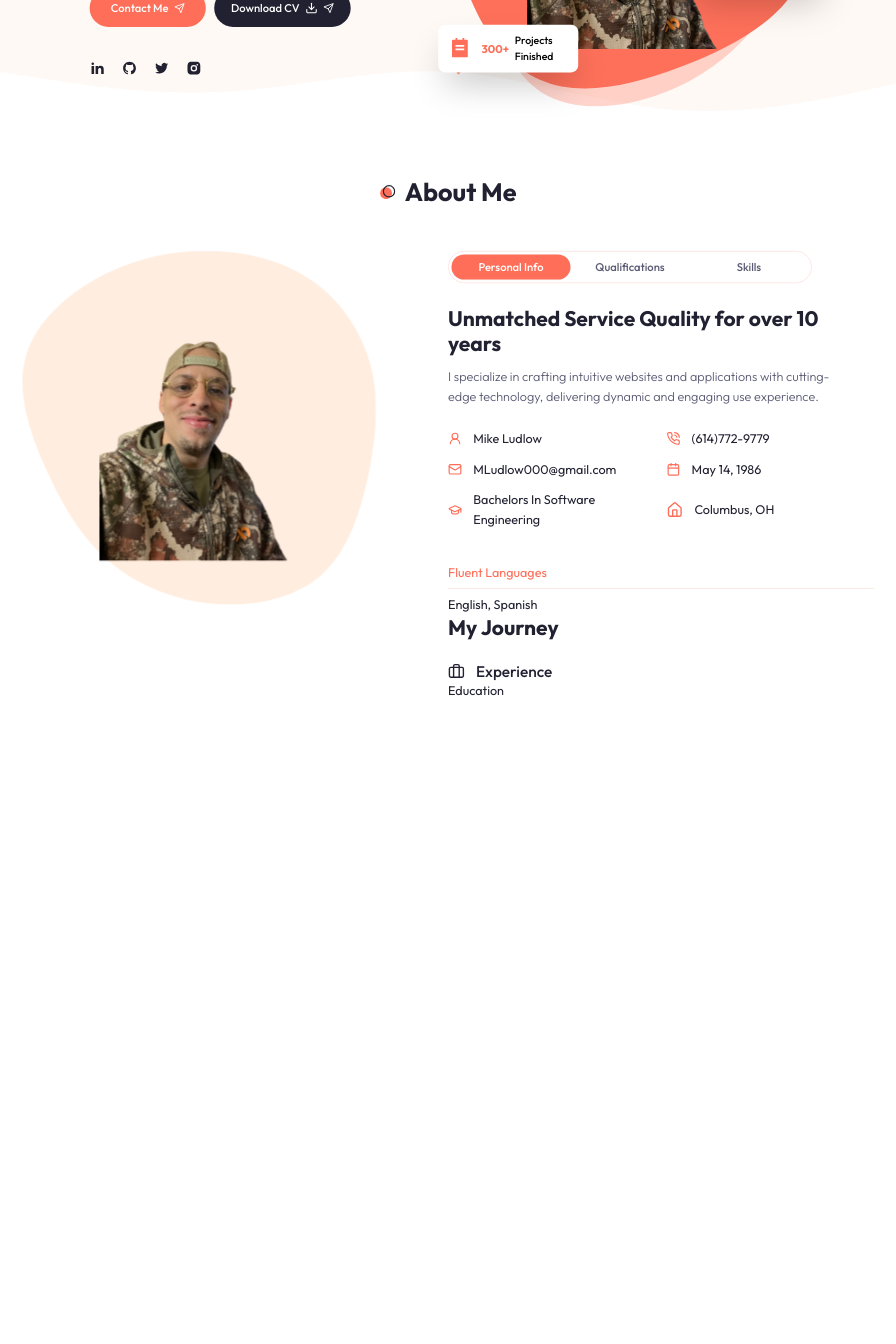
Repository: MikeeBuilds/mike-port
Page: /
These files come from the project's save history. The page is drawn as it stood at one moment and after a run of saves; the edit follows.
The browser window is 1280 px wide. The pictures show the part of the page from y = 548 to 2468 px (the page is 5591 px tall), at 70% of full size.
The project was rebuilt for these pictures with package versions that can differ from the ones it lists, and the page was loaded fresh each time. The framework's server and built-in components were replaced by stand-ins that run in the browser. Also part of the build but not shown: next.config.js.

Above is the page before, as saved 2023-11-30 22:12:04.

### app/layout.jsx
import { Outfit } from 'next/font/google'
import './globals.css'
import Header from '@/components/Header'
import Footer from '@/components/Footer'
import { ThemeProvider } from '@/components/ThemeProvider'

const outfit = Outfit({ subsets: ['latin'] })

export const metadata = {
  title: 'Mike Ludlow | Dev',
  description: 'Generated by create next app',
}

export default function RootLayout({ children }) {
  return (
    <html lang="en" suppressHydrationWarning>
      <body className={outfit.className}
      >
        <ThemeProvider attribute="class" defaultTheme="light">
          <Header />
            {children}
          <Footer />
        </ThemeProvider>
      </body>
    </html>
  )
}

### app/page.jsx
import About from '@/components/About'
import Hero from '@/components/Hero'
import { main } from 'json'
import Image from 'next/image'

export default function Home() {
  return (
    <main>
      <Hero/>
      <About/>
    </main>
  )
}

### app/globals.css
@tailwind base;
@tailwind components;
@tailwind utilities;

@layer base {
  @layer base {
    :root {
      --background: 0 0% 100%;
      --foreground: 240 19% 16%;
      --card: 0 0% 100%;
      --card-foreground: 240 19% 16%;
      --popover: 0 0% 100%;
      --popover-foreground: 20 14.3% 4.1%;
      --primary: 8 99% 67%;
      --primary-foreground: 300 0% 100%;
      --secondary: 240 19% 16%;
      --secondary-foreground: 300 0% 100%;
      --tertiary: 27 82% 98%;
      --muted: 60 4.8% 95.9%;
      --muted-foreground: 237 13% 40%;
      --accent: 237 9% 96%;
      --accent-foreground: 24 9.8% 10%;
      --destructive: 0 84.2% 60.2%;
      --destructive-foreground: 60 9.1% 97.8%;
      --border: 8 82% 92%;
      --input: 8 82% 92%;
      --ring: 9 99% 67%;
      --radius: 1rem;
    }

    .dark {
      --background: 237 22% 20%;
      --foreground: 60 9.1% 97.8%;
      --card: 240 19% 16%;
      --card-foreground: 300 0% 100%;
      --popover: 20 14.3% 4.1%;
      --popover-foreground: 60 9.1% 97.8%;
      --primary: 8 99% 67%;
      --primary-foreground: 300 0% 100%;
      --secondary: 240 19% 16%;
      --secondary-foreground: 300 0% 100%;
      --tertiary: 237 22% 20%;
      --muted: 12 6.5% 15.1%;
      --muted-foreground: 237 13% 63%;
      --accent: 240 19% 16%;
      --accent-foreground: 300 0% 100%;
      --destructive: 0 72.2% 50.6%;
      --destructive-foreground: 60 9.1% 97.8%;
      --border: 237 22% 23%;
      --input: 237 22% 23%;
      --ring: 8 99% 67%;
    }
  }
}

@layer base {
  * {
    @apply border-border;
  }
  body {
    @apply bg-background text-foreground;
  }
}

.h1 {
  @apply text-6xl xl:text-[72px] xl:leading-[80px] tracking-[-2px] font-bold;
}

.h2 {
  @apply text-4xl font-bold;
}

.h3 {
  @apply text-3xl font-bold;
}

.h4 {
  @apply text-[22px] font-semibold;
}

.subtitle {
  @apply text-muted-foreground text-lg mb-8 font-light;

}
.section-title {
  @apply text-4xl font-bold relative w-max flex items-center justify-between gap-x-3
  before:bg-dots_light before:dark:bg-dots_dark before:bg-no-repeat before:bg-center
  before:w-[24px] before:h-[24px];
}

.badge {
  @apply z-10 w-[200px] h-[68px] bg-white dark:backdrop-blur-[44px] shadow-2xl p-4 rounded-[10px] flex items-center gap-x-4;
}

### components/Header.jsx
"use client";
import React, { useState, useEffect } from "react";

// components
import Logo from "./Logo";
import ThemeToggler from "./ThemeToggler";
import Nav from "./Nav";
import MobileNav from "./MobileNav";
import { usePathname } from "next/navigation";

const Header = () => {
  const [header, setHeader] = useState(false);
  const pathname = usePathname();

  useEffect(() => {
    const scrollYpos = window.addEventListener("scroll", () => {
      window.scrollY > 50 ? setHeader(true) : setHeader(false);
    });

    // remove event
    return () => window.removeEventListener("scroll", scrollYpos);
  });

  return (
    <header
      className={`${
        header
          ? "py-4 bg-white shadow-lg dark:bg-accent"
          : "py-6 dark:bg-transparent"
      } sticky top-0 z-30 transition-all ${pathname === '/' && 'bg-white'}`}
    >
      <div className="container mx-auto">
        <div className="flex justify-between items-center">
          <Logo />
          <div className="flex items-center gap-x-6">
            {/* nav */}
            <Nav
              containerStyles="hidden xl:flex gap-x-8 items-center"
              linkStyles="relative hover:text-primary transition-all"
              underlineStyles="absolute left-0 top-full h-[2px] bg-primary w-full"
            />
            <ThemeToggler />
            {/* mobile nav */}
            <div className="lg:hidden">
              <MobileNav />
            </div>
          </div>
        </div>
      </div>
    </header>
  );
};

export default Header;

### components/Footer.jsx

const Footer = () => {
  return (
    <footer>Footer</footer>
  )
}

export default Footer

### components/ThemeProvider.jsx
"use client"


import {
    ThemeProvider as NextThemesProvider
} from "next-themes";



export function ThemeProvider({ children, ...props}) {
    return <NextThemesProvider {...props}>{children}</NextThemesProvider>
}

### components/About.jsx
import DevImg from "./DevImg";
import image from "next/image";
import { Tabs, TabsContent, TabsList, TabsTrigger } from "@/components/ui/tabs";

import {
  User2,
  MailIcon,
  HomeIcon,
  PhoneCall,
  GraduationCap,
  Calendar,
  Briefcase,
} from "lucide-react";

const infoData = [
  {
    icon: <User2 size={20} />,
    text: "Mike Ludlow",
  },
  {
    icon: <PhoneCall size={20} />,
    text: "(614)772-9779",
  },
  {
    icon: <MailIcon size={20} />,
    text: "MLudlow000@gmail.com",
  },
  {
    icon: <Calendar size={20} />,
    text: "May 14, 1986",
  },
  {
    icon: <GraduationCap size={20} />,
    text: "Bachelors In Software Engineering",
  },
  {
    icon: <HomeIcon sizes={20} />,
    text: "Columbus, OH",
  },
];

const qualificationData = [
  {
    title: "Education",
    data: [
      {
        university: "Columbus State Community College",
        qualification: "Bachelor Of Science",
        years: "2019-2024",
      },
      {
        university: "Learn Web3",
        qualification: "Ethereum Developer Degree",
        years: "2022-2023",
      },
      {
        university: "Alchemy University",
        qualification: "Learn Javascript",
        years: "2023",
      },
    ],
  },
  {
    title: "Experience",
    data: [
      {
        company: "Takify AI Startup",
        qualification: "Software Developer",
        years: "2022-present",
      },
      // {
      //   company: 'Takify AI Startup',
      //   qualification: 'Software Developer',
      //   years: '2022-present'
      // },
      // {
      //   company: 'Takify AI Startup',
      //   qualification: 'Software Developer',
      //   years: '2022-present'
      // },
    ],
  },
];

const skillData = [
  {
    title: "skills",
    data: [
      {
        name: "HTML, CSS",
      },
      {
        name: "Front-end Development",
      },
      {
        name: "Javascript, PHP",
      },
      {
        name: "Back-end Development",
      },
    ],
  },
  {
    title: "tools",
    data: [
      {
        imgPath: "/about/vscode.svg",
      },
      {
        imgPath: "/about/figma.svg",
      },
      {
        imgPath: "/about/notion.svg",
      },
      {
        imgPath: "/about/wordpress.svg",
      },
    ],
  },
];

const About = () => {
  const getData = (arr, title) => {
    return arr.find((item) => item.title === title);
  };

  return (
    <section className="xl:h-[860px] pb-12 xl:py-24">
      <div className="container mx-auto">
        <h2 className="section-title mb-8 xl:mb-16 text-center mx-auto">
          About Me
        </h2>
        <div className="flex flex-col xl:flex-row">
          {/* iamge */}
          <div className="hidden xl:flex flex-1 relative">
            <DevImg
              containerStyles="bg-about_shape_light dark:bg-about_shape_dark w-[505px] h-[505px] bg-no-repeat relative"
              imgSrc="/about/developer.png"
            />
          </div>
          {/* tabs */}
          <div className="flex-1">
            <Tabs defaultValue="personal">
              <TabsList className="w-full grid xl:grid-cols-3 xl:max-w-[520px] xl:border dark:border-none">
                <TabsTrigger className="w-[162px] xl:w-auto" value="personal">
                  Personal Info
                </TabsTrigger>
                <TabsTrigger
                  className="w-[162px] xl:w-auto"
                  value="qualifications"
                >
                  Qualifications
                </TabsTrigger>
                <TabsTrigger className="w-[162px] xl:w-auto" value="skills">
                  Skills
                </TabsTrigger>
              </TabsList>
              {/* tabs content */}
              <div className="text-lg mt:12 xl:mt-8">
                {/* personal */}
                <TabsContent value="personal">
                  <div className="text-center xl:text-left">
                    <h3 className="h3 mb-4">
                      Unmatched Service Quality for over 10 years
                    </h3>
                    <p className="subtitle max-w-xl mx-auto xl:mx-0">
                      I specialize in crafting intuitive websites and
                      applications with cutting-edge technology, delivering
                      dynamic and engaging use experience.
                    </p>
                    {/* icons */}
                    <div className="grid xl:grid-cols-2 gap-4 mb-12">
                      {infoData.map((item, index) => {
                        return (
                          <div
                            className="flex items-center gap-x-4 mx-auto xl:mx-0"
                            key={index}
                          >
                            <div className="text-primary">{item.icon}</div>
                            <div>{item.text}</div>
                          </div>
                        );
                      })}
                    </div>
                    {/* Languages */}
                    <div className="flex flex-col gap-y-2">
                      <div className="text-primary">
                        Fluent Languages
                      </div>
                      <div className="border-b border-border"></div>
                      <div>English, Spanish</div>
                    </div>
                  </div>
                </TabsContent>
                {/* qualifications */}
                <div className="">
                  <h3 className="h3 mb-8 text-center xl:text-left">My Journey</h3>
                  {/* experience & education wrapper */}
                  <div>
                    {/* experience */}
                    <div>
                      <div className="flex gap-x-4 items-center text-[22px] ">
                        <Briefcase/>
                        <div className="capitalize font-medium">
                          {getData(qualificationData, 'Experience').title}
                        </div>
                      </div>
                    </div>
                    {/* education */}
                    <div>Education</div>
                  </div>
                </div>
                <TabsContent value="qualifications">
                  qualifications info
                </TabsContent>
                <TabsContent value="skills">skills info</TabsContent>
              </div>
            </Tabs>
          </div>
        </div>
      </div>
    </section>
  );
};

export default About;

### components/Hero.jsx
import Link from "next/link";
import { Download, Send } from "lucide-react";
import { Button } from "./ui/button";

import {
  RiBriefcase4Fill,
  RiTeamFill,
  RiTodoFill,
  RiArrowDownSLine,
} from "react-icons/ri";

//components
import DevImg from "./DevImg";
import Badge from "./Badge";
import Socials from "./Socials";

const Hero = () => {
  return (
    <section className="py-12 xl:py-24 h-[84vh] xl:pt-28 bg-hero bg-no-repeat bg-bottom bg-cover dark:bg-none">
      <div className="flex justify-between gap-x-8">
        {/* text */}
        <div className="flex max-w-[600px] flex-col justify-center mx-auto xl:mx-32 text-center xl:text-left">
          <div className="text-sm uppercase font-semibold mb-4 text-primary tracking-[4px]">
            Software Developer
          </div>
          <h1 className="h1 mb-4">Hello, Im Mike Ludlow</h1>
          <p className="subtitle max-w-[490px] mx-auto xl:mx-0">
            Brief description with insights into myself, my vocational journey,
            and what I engage in profressionally
          </p>
          {/* buttons */}
          <div
            className="flex flex-col gap-y-3 md:flex-row gap-x-3 mx-auto
          xl:mx-0 mb-12"
          >
            <Link href="/contact">
              <Button className="gap-x-2">
                Contact Me <Send size={15} />
              </Button>
            </Link>
            <Button variant="secondary" className="gap-x-2">
              Download CV <Download size={18} /> <Send size={15} />
            </Button>
          </div>
          {/* socials */}
          <Socials
            containerStyles="flex gap-x-6 mx-auto xl:mx-0"
            iconStyles="text-foreground text-[22px] hover:text-primary transition-all"
          />
        </div>
        {/* image */}
        <div className="hidden xl:flex relative right-32">
          <Badge
            icon={<RiBriefcase4Fill />}
            endCountNum={2}
            badgeText="Years Of Experience"
            containerstyles="absolute top-[24%] -left-[5rem]"
          />
          {/* badge 2 */}
          <Badge
            icon={<RiTodoFill />}
            endCountNum={30}
            endCountText='0+'
            badgeText="Projects Finished"
            containerstyles="absolute top-[80%] -left-[1rem]"
          />
          {/* badge 3 */}
          <Badge
            icon={<RiTeamFill />}
            endCountNum={5}
            endCountText='7'
            badgeText="Happy Clients"
            containerstyles="absolute top-[55%] -right-8"
          />
          <div className="bg-hero_shape2_light dark:bg-hero_shape2_dark w-[500px] h-[500px] bg-no-repeat absolute -top-1 -right-8"></div>
          <DevImg
            containerStyles="bg-hero_shape w-[510px] h-[462px] bg-no-repeat relative bg-bottom"
            imgSrc="/hero/developer.png"
          />
        </div>
        {/* icon */}
        <div className="hidden md:flex absolute left-2/4 bottom-44 xl:bottom-12 animate-bounce">
          <RiArrowDownSLine className="text-3xl text-primary" />
        </div>
      </div>
    </section>
  );
};

export default Hero;

### components/Logo.jsx
import Link from "next/link";
import Image from "next/image";


const Logo = () => {
  return (
    <Link href="/">
        <Image src='/logo.svg' width={54} height={54} priority alt="logo"/>
    </Link>
  )
}

export default Logo

### components/ThemeToggler.jsx
"use client";

import { Button } from "./ui/button";
import { MoonIcon, SunIcon } from "@radix-ui/react-icons";
import { useTheme } from "next-themes";

const ThemeToggler = () => {
  const { theme, setTheme } = useTheme();
  return (
    <Button variant='outline' size="outline" onClick={() => setTheme(theme === 'dark' ? 'light' : 'dark')}>
      <SunIcon
        className="h-[1.2rem] w-[1.2rem] rotate-0 scale-100 transition-all
      dark:rotate-90 dark:scale-0"
      />
      <MoonIcon
        className="absolute h-[1.2rem] w-[1.2rem] rotate-90 scale-0 transition-all
       dark:rotate-0 dark:scale-100"
      />
    </Button>
  );
};

export default ThemeToggler;

### components/Nav.jsx
import Link from "next/link";

//next hooks
import { usePathname } from "next/navigation";

//framer motion
import { motion } from "framer-motion";

const links = [
  { path: "/", name: "home" },
  { path: "/projects", name: "my projects" },
  { path: "/contact", name: "contact" },
];

const Nav = ({ containerStyles, linkStyles, underlineStyles }) => {
  const path = usePathname();
  return (
    <nav className={`${containerStyles}`}>
      {links.map((link, index) => {
        return (
          <Link
            href={link.path}
            key={index}
            className={`capitalize ${linkStyles}`}
          >
            {link.path === path && (
              <motion.span
                initial={{ y: "-100%" }}
                animate={{ y: 0 }}
                transition={{ type: "tween" }}
                layoutId="underline"
                className={`${underlineStyles}`}
              />
            )}
            {link.name}
          </Link>
        );
      })}
    </nav>
  );
};

export default Nav;

### components/MobileNav.jsx
import { Sheet, SheetContent, SheetTrigger } from "@/components/ui/sheet";
import { AlignJustify } from "lucide-react";

import Nav from "./Nav";
import Logo from "./Logo";
import Socials from "./Socials";

const MobileNav = () => {
  return (
    <Sheet>
      <SheetTrigger asChild>
        <AlignJustify className="cursor-pointer" />
      </SheetTrigger>
      <SheetContent>
        <div className="flex flex-col items-center justify-between h-full py-8">
          <div className="flex flex-col items-center gap-y-32">
            <Logo />
            <Nav
              containerStyles="flex flex-col items-center gap-y-6"
              linkStyles="text-2xl"
            />
          </div>
            <Socials containerStyles='flex gap-x-4' iconStyles='text-2xl'/>
        </div>
      </SheetContent>
    </Sheet>
  );
};

export default MobileNav;

### components/DevImg.jsx
import Image from "next/image";

const DevImg = ({ containerStyles, imgSrc }) => {
  return <div className={`${containerStyles}`}>
    <Image src={imgSrc} fill priority alt="" />
  </div>;
};

export default DevImg;

### components/ui/tabs.jsx
"use client";

import * as React from "react";
import * as TabsPrimitive from "@radix-ui/react-tabs";

import { cn } from "@/lib/utils";

const Tabs = TabsPrimitive.Root;

const TabsList = React.forwardRef(({ className, ...props }, ref) => (
  <TabsPrimitive.List
    ref={ref}
    className={cn(
      "inline-flex items-center justify-center xl:bg-white p-1 text-muted-foreground rounded-[30px] dark:md:bg-secondary",
      className
    )}
    {...props}
  />
));
TabsList.displayName = TabsPrimitive.List.displayName;

const TabsTrigger = React.forwardRef(({ className, ...props }, ref) => (
  <TabsPrimitive.Trigger
    ref={ref}
    className={cn(
      "inline-flex items-center justify-center whitespace-nowrap rounded-full px-3 py-1.5 text-base font-medium ring-offset-background transition-all focus-visible:outline-none focus-visible:ring-2 focus-visible:ring-ring focus-visible:ring-offset-2 disabled:pointer-events-none disabled:opacity-50 data-[state=active]:bg-primary data-[state=active]:text-white data-[state=active]:shadow-sm ",
      className
    )}
    {...props}
  />
));
TabsTrigger.displayName = TabsPrimitive.Trigger.displayName;

const TabsContent = React.forwardRef(({ className, ...props }, ref) => (
  <TabsPrimitive.Content
    ref={ref}
    className={cn(
      "mt-2 ring-offset-background focus-visible:outline-none focus-visible:ring-2 focus-visible:ring-ring focus-visible:ring-offset-2",
      className
    )}
    {...props}
  />
));
TabsContent.displayName = TabsPrimitive.Content.displayName;

export { Tabs, TabsList, TabsTrigger, TabsContent };

### components/ui/button.jsx
import * as React from "react"
import { Slot } from "@radix-ui/react-slot"
import { cva } from "class-variance-authority";

import { cn } from "@/lib/utils"

const buttonVariants = cva(
  "inline-flex items-center justify-center whitespace-nowrap rounded-full text-base font-medium ring-offset-background transition-colors focus-visible:outline-none focus-visible:ring-2 focus-visible:ring-ring focus-visible:ring-offset-2 disabled:pointer-events-none disabled:opacity-50",
  {
    variants: {
      variant: {
        default: "bg-primary text-primary-foreground hover:bg-primary/90",
        destructive:
          "bg-destructive text-destructive-foreground hover:bg-destructive/90",
        outline:
          "border border-input bg-background hover:bg-accent hover:text-accent-foreground",
        secondary:
          "bg-secondary text-secondary-foreground hover:bg-secondary/80",
        ghost: "hover:bg-accent hover:text-accent-foreground",
        link: "text-primary underline-offset-4 hover:underline",
      },
      size: {
        default: "h-[54px] px-6 py-2 min-w-[166px]",
        sm: "h-9 rounded-md px-3",
        lg: "h-11 rounded-md px-8",
        icon: "h-10 w-10",
      },
    },
    defaultVariants: {
      variant: "default",
      size: "default",
    },
  }
)

const Button = React.forwardRef(({ className, variant, size, asChild = false, ...props }, ref) => {
  const Comp = asChild ? Slot : "button"
  return (
    (<Comp
      className={cn(buttonVariants({ variant, size, className }))}
      ref={ref}
      {...props} />)
  );
})
Button.displayName = "Button"

export { Button, buttonVariants }

### components/Badge.jsx
"use client"
import CountUp from 'react-countup';

const Badge = ({
  containerstyles,
  icon,
  endCountNum,
  endCountText,
  badgeText
}) => {
  return <div className={`badge ${containerstyles}`}>
    <div className='text-3xl text-primary'>{icon}</div>
    <div className='flex items-center gap-x-2'>
      <div className='text-4-xl leading-none font-bold text-primary'>
        <CountUp end={endCountNum} delay={1} duration={4}/>
        {endCountText}
      </div>
      <div className='max-w-[70px] leadin-none text-[15px] font-medium text-black'>{badgeText}</div>
    </div>
  </div>;
};

export default Badge;

### components/Socials.jsx
'use client'

import {
  RiLinkedinFill,
  RiGithubFill,
  RiTwitterFill,
  RiInstagramFill
} from 'react-icons/ri';

import Link from 'next/link';

const icons = [
  {
    path: '/',
    name: <RiLinkedinFill />,
  },
  {
    path: '/',
    name: <RiGithubFill />,
  },{
    path: '/',
    name: <RiTwitterFill />,
  },{
    path: '/',
    name: <RiInstagramFill />,
  },
]


import React from "react";

const Socials = ({ containerStyles, iconStyles}) => {
  return <div className={`${containerStyles}`}>
    {icons.map((icon, index) => {
      return <Link href={icon.path} key={index}>
        <div className={`${iconStyles}`}>
          {icon.name}
        </div>
      </Link>
    })}
  </div>;
};

export default Socials;

Loaded but not shown: lib/utils.js (common file); tailwind.config.js (90 lines, source omitted); app/template.js (36 lines, source omitted); hooks/useScrollProgress.js (25 lines, source omitted); components/ui/sheet.jsx (109 lines, source omitted)

After the next 3 saves:
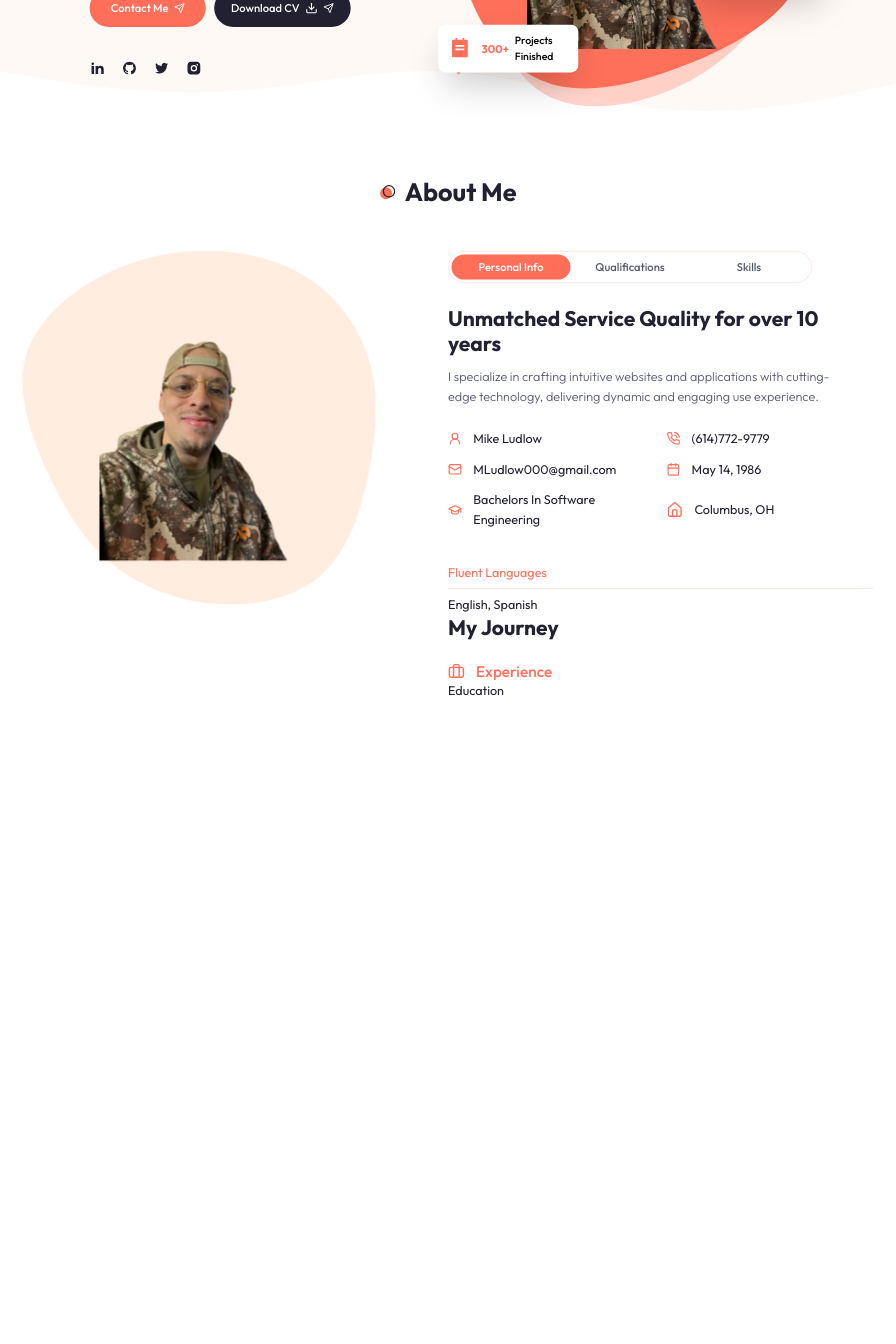
The 3 saves are shown as one change because they came seconds apart.
The last was saved 10 s later.
--- a/components/About.jsx
+++ b/components/About.jsx
@@ -199,7 +199,7 @@ const About = () => {
                   <div>
                     {/* experience */}
                     <div>
-                      <div className="flex gap-x-4 items-center text-[22px] ">
+                      <div className="flex gap-x-4 items-center text-[22px] text-primary">
                         <Briefcase/>
                         <div className="capitalize font-medium">
                           {getData(qualificationData, 'Experience').title}
